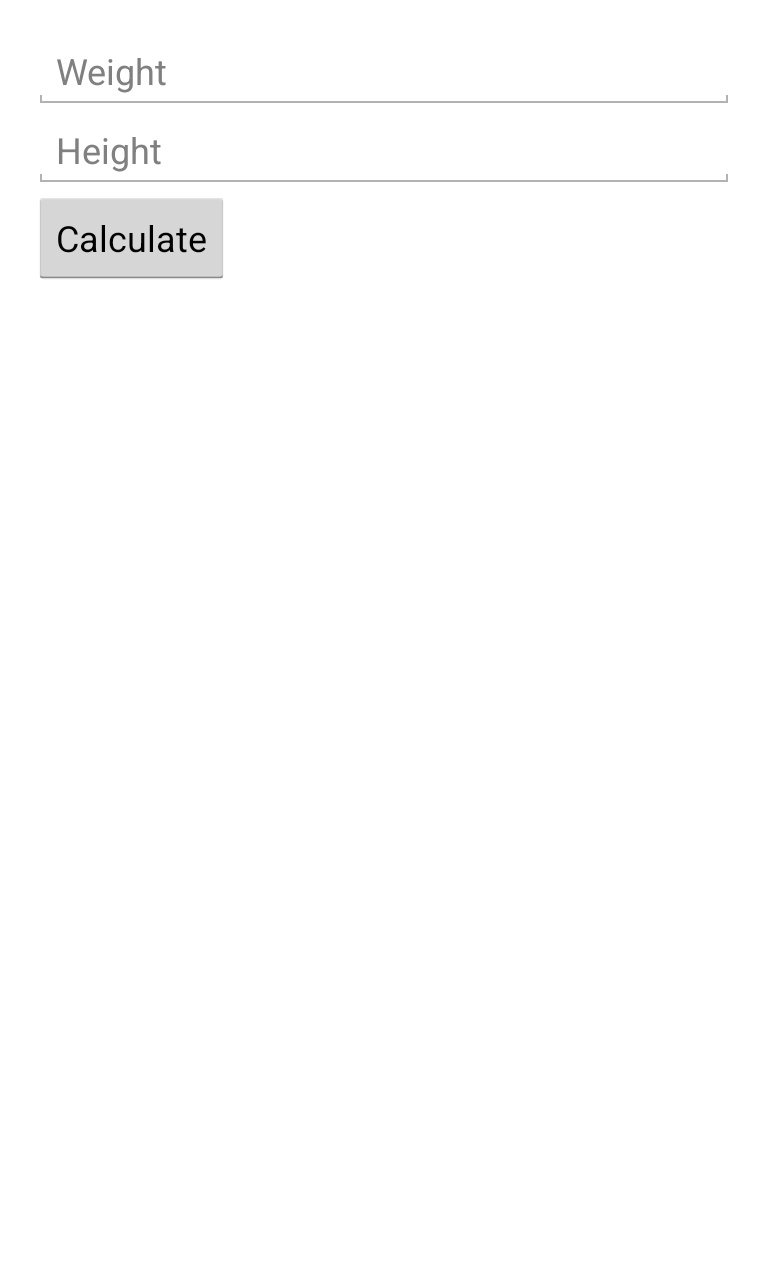
Repository: ericMedeiros93/Android-Dev
Layout: bmi/res/layout/activity_main.xml
These files come from the project's save history. The layout is drawn as it stood at one moment and after the next save; the edit follows.
It is drawn on a 768 x 1280 px phone screen (xhdpi) without system bars, with theme AppTheme; the app's code is not run.

Above is the layout before, as saved 2014-09-10 16:22:26.

### bmi/res/layout/activity_main.xml
<LinearLayout xmlns:android="http://schemas.android.com/apk/res/android"
    xmlns:tools="http://schemas.android.com/tools"
    android:layout_width="match_parent"
    android:layout_height="match_parent"
    android:orientation="vertical"
    android:paddingBottom="@dimen/activity_vertical_margin"
    android:paddingLeft="@dimen/activity_horizontal_margin"
    android:paddingRight="@dimen/activity_horizontal_margin"
    android:paddingTop="@dimen/activity_vertical_margin"
    tools:context="com.ericmedeiros.bmi.MainActivity" >

    <EditText
        android:id="@+id/weight"
        android:inputType="numberDecimal"
        android:layout_width="match_parent"
        android:layout_height="wrap_content"
        android:hint="@string/weight_hint" />
    <EditText
        android:id="@+id/height"
        android:inputType="number"
        android:layout_width="match_parent"
        android:layout_height="wrap_content"
        android:hint="@string/height_hint" />
   <Button
        android:id="@+id/calculate"
        android:layout_width="wrap_content"
        android:layout_height="wrap_content"
        android:text="@string/btn"
        android:onClick="getBmi" />


</LinearLayout>

### bmi/res/values/strings.xml
<?xml version="1.0" encoding="utf-8"?>
<resources>

    <string name="app_name">bmi</string>
    <string name="hello_world">Hello world!</string>
    <string name="action_settings">Settings</string>
    <string name="weight_hint">Weight</string>
    <string name="height_hint">Height</string>
    <string name="btn">Calculate</string>

</resources>

Loaded but not shown: bmi/res/values/styles.xml (common file); bmi/res/values-v11/styles.xml (common file); bmi/res/values-v14/styles.xml (common file); bmi/res/values/dimens.xml (common file); bmi/res/values-w820dp/dimens.xml (common file)

After the next save:
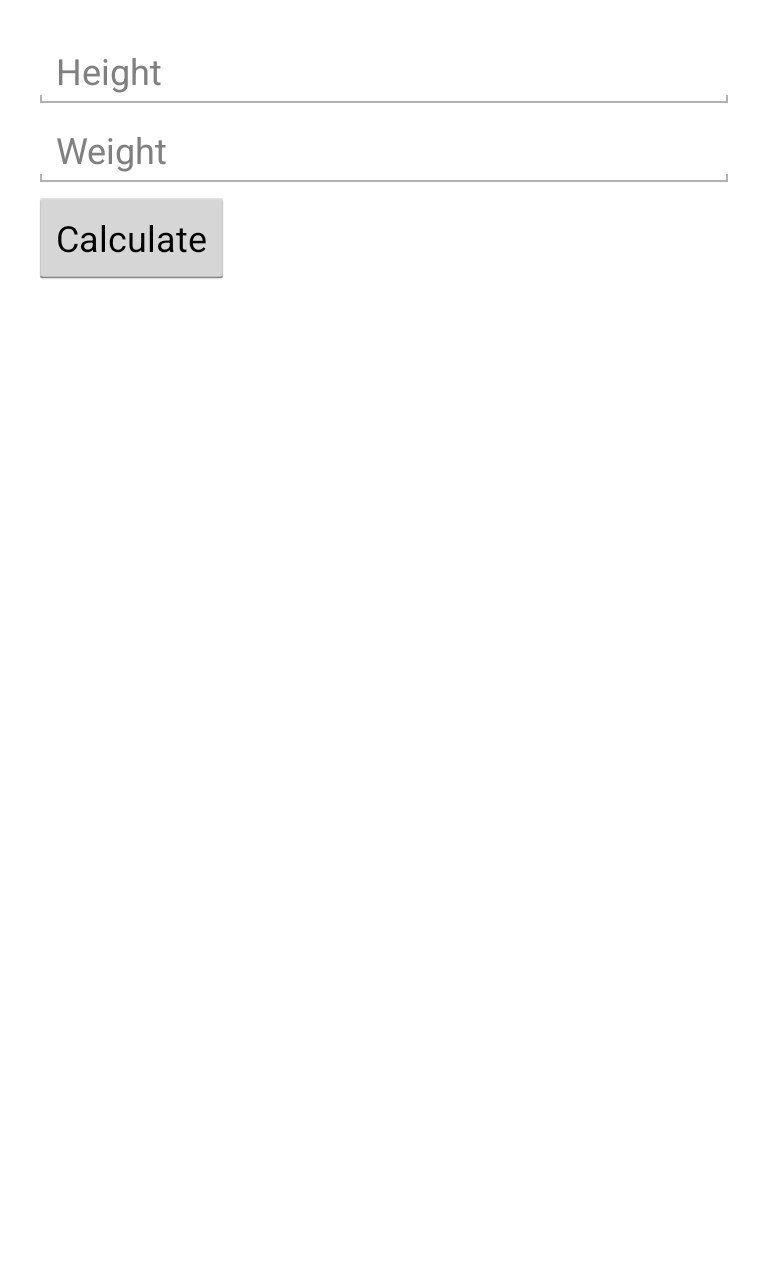
Saved 31 s later.
--- a/bmi/res/layout/activity_main.xml
+++ b/bmi/res/layout/activity_main.xml
@@ -10,17 +10,19 @@
     tools:context="com.ericmedeiros.bmi.MainActivity" >
 
     <EditText
+        android:id="@+id/height"
+        android:inputType="number"
+        android:layout_width="match_parent"
+        android:layout_height="wrap_content"
+        android:hint="@string/height_hint" />
+
+    <EditText
         android:id="@+id/weight"
         android:inputType="numberDecimal"
         android:layout_width="match_parent"
         android:layout_height="wrap_content"
         android:hint="@string/weight_hint" />
-    <EditText
-        android:id="@+id/height"
-        android:inputType="number"
-        android:layout_width="match_parent"
-        android:layout_height="wrap_content"
-        android:hint="@string/height_hint" />
+
    <Button
         android:id="@+id/calculate"
         android:layout_width="wrap_content"
